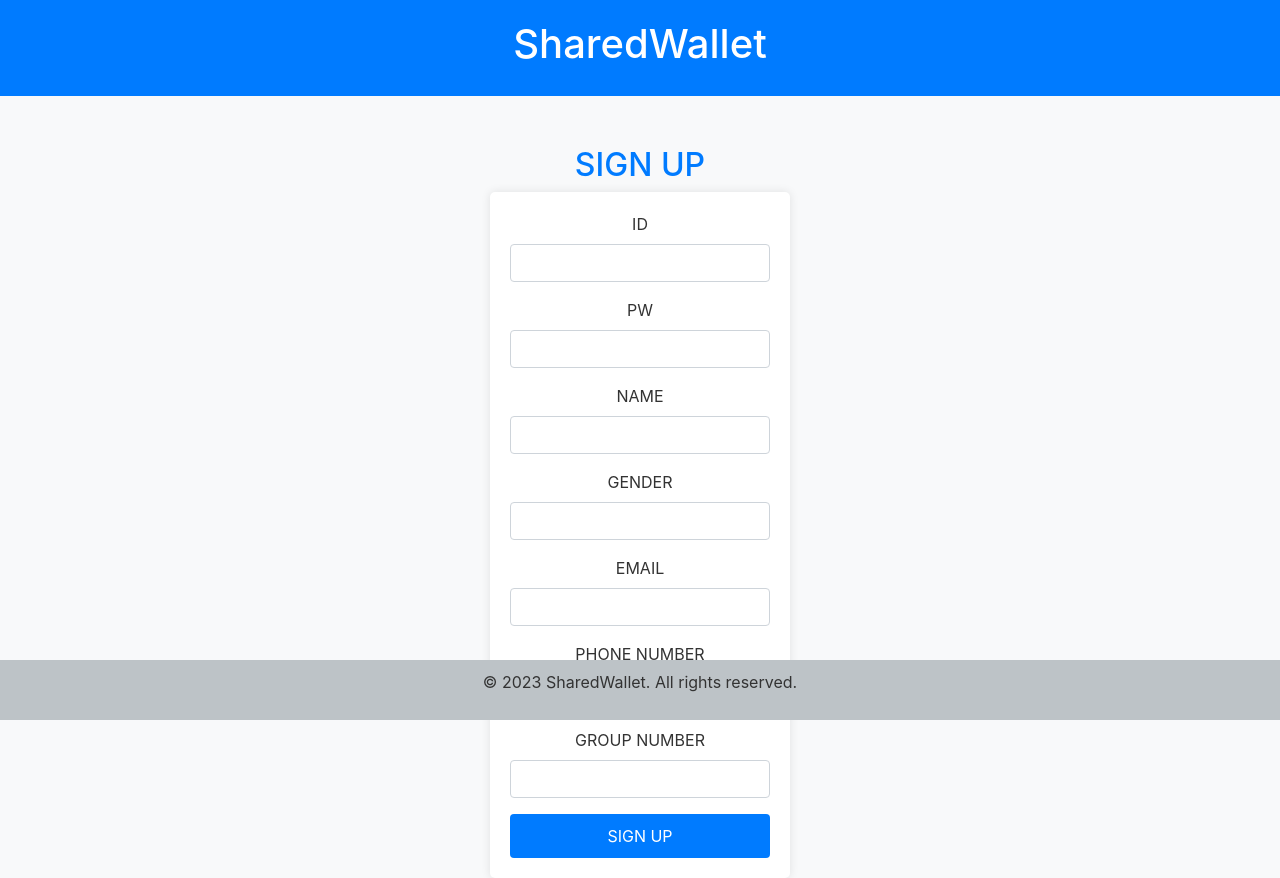
Repository: YoonHakyoung/SharedWallet
Page: http://localhost/Final_Exam/WEB-INF/views/member/signup_form.jsp
The author's editor kept a copy of each file at every save. The page is drawn from the files as they stood at one save, then again after the next save.
The browser window is 1280 px wide. The pictures show the whole page.
Some web fonts or font styles are not loaded; a fallback is used. The page is served by Tomcat 9. Nobody is signed in. Other server files are loaded and not shown. The template is opened directly, without the code that normally fills it, so the values that code supplies are empty.

Above is the page before, as saved 2023-12-09 17:56:53.

### Spring/Project/Final Exam/src/main/webapp/WEB-INF/views/member/signup_form.jsp
<%@ taglib uri="http://java.sun.com/jsp/jstl/core" prefix="c" %>
<%@ page session="false" language="java" contentType="text/html; charset=UTF-8" pageEncoding="UTF-8"%>
<!DOCTYPE html>
<html lang="en">
<head>
    <meta charset="UTF-8">
    <meta name="viewport" content="width=device-width, initial-scale=1, shrink-to-fit=no">
    <title>회원가입 양식</title>
    <!-- Bootstrap CSS link (you may need to download and host locally) -->
    <link rel="stylesheet" href="https://stackpath.bootstrapcdn.com/bootstrap/4.3.1/css/bootstrap.min.css">

    <style>
        body {
            background-color: #f8f9fa;
            color: #495057;
        }

        header {
            background-color: #007bff;
            color: #fff;
            padding: 20px;
            text-align: center;
        }

        main {
            text-align: center;
            margin-top: 50px;
        }

        form {
            max-width: 300px;
            margin: 0 auto;
            background-color: #fff;
            padding: 20px;
            border-radius: 5px;
            box-shadow: 0 0 10px rgba(0, 0, 0, 0.1);
        }

        h2 {
            color: #007bff;
        }

        label {
            display: block;
            margin-bottom: 8px;
            color: #333;
        }

        input {
            width: 100%;
            padding: 10px;
            margin-bottom: 16px;
            border: 1px solid #ccc;
            border-radius: 4px;
        }

        button {
            width: 100%;
            padding: 10px;
            background-color: #007bff;
            color: #fff;
            border: none;
            border-radius: 4px;
            cursor: pointer;
        }

        button:hover {
            background-color: #0056b3;
        }
    </style>
</head>

<body>

<header>
    <h1>SharedWallet</h1>
</header>

<main>
    <h2>SIGN UP</h2>
    <form action="${pageContext.request.contextPath}/member/signupConfirm" method="post">
        <label for="m_id">ID</label>
        <input type="text" id="m_id" name="m_id" class="form-control" required>

        <label for="m_pw">PW</label>
        <input type="password" id="m_pw" name="m_pw" class="form-control" required>

        <label for="m_name">NAME</label>
        <input type="text" id="m_name" name="m_name" class="form-control" required>

        <label for="m_gender">GENDER</label>
        <input type="text" id="m_gender" name="m_gender" class="form-control" required>

        <label for="m_email">EMAIL</label>
        <input type="email" id="m_email" name="m_email" class="form-control" required>

        <label for="m_phone">PHONE NUMBER</label>
        <input type="tel" id="m_phone" name="m_phone" class="form-control" required>

        <label for="group_id">GROUP NUMBER</label>
        <input type="text" id="group_id" name="group_id" class="form-control" required>

        <button type="submit">SIGN UP</button>
    </form>
</main>

<!-- Bootstrap JS dependencies (you may need to download and host locally) -->
<script src="https://code.jquery.com/jquery-3.3.1.slim.min.js"></script>
<script src="https://cdnjs.cloudflare.com/ajax/libs/popper.js/1.14.7/umd/popper.min.js"></script>
<script src="https://stackpath.bootstrapcdn.com/bootstrap/4.3.1/js/bootstrap.min.js"></script>

<%@ include file="/WEB-INF/views/include/footer.jsp"%>
</body>
</html>

### Spring/Project/Final Exam/src/main/webapp/WEB-INF/views/include/footer.jsp
<!-- footer.jsp -->

    <footer style="background-color: #bdc3c7; color: #333; padding: 10px; text-align: center; position: fixed; bottom: 0; width: 100%;">
        <!-- 푸터 내용 -->
        <p>&copy; 2023 SharedWallet. All rights reserved.</p>
    </footer>

After the next save:
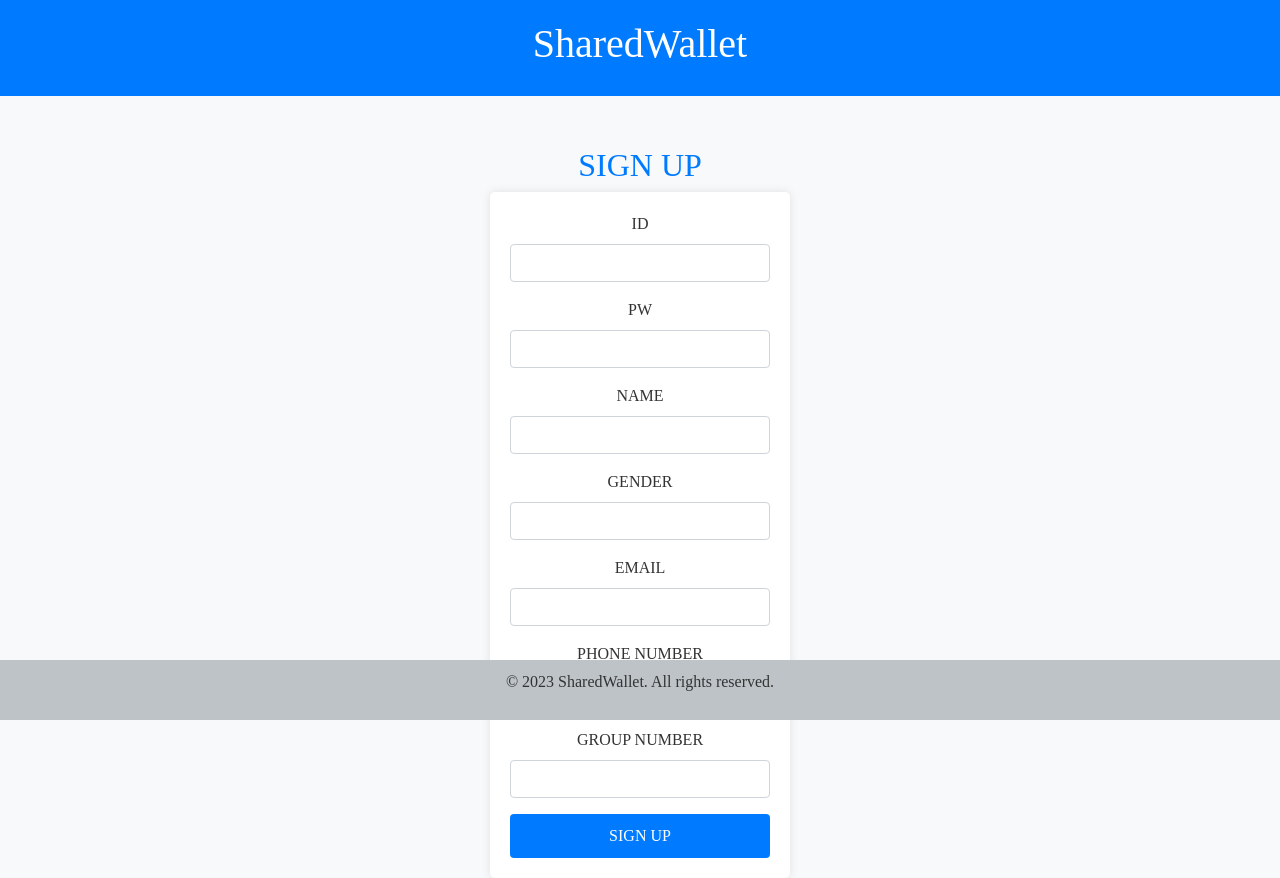
Saved 39 s later.
--- a/Spring/Project/Final Exam/src/main/webapp/WEB-INF/views/member/signup_form.jsp
+++ b/Spring/Project/Final Exam/src/main/webapp/WEB-INF/views/member/signup_form.jsp
@@ -10,9 +10,17 @@
     <link rel="stylesheet" href="https://stackpath.bootstrapcdn.com/bootstrap/4.3.1/css/bootstrap.min.css">
 
     <style>
+    	@font-face {
+		    font-family: 'SUITE-Regular';
+		    src: url('https://cdn.jsdelivr.net/gh/projectnoonnu/noonfonts_2304-2@1.0/SUITE-Regular.woff2') format('woff2');
+		    font-weight: 700;
+		    font-style: normal;
+		}
+
         body {
             background-color: #f8f9fa;
             color: #495057;
+            font-family: 'SUITE-Regular';
         }
 
         header {
